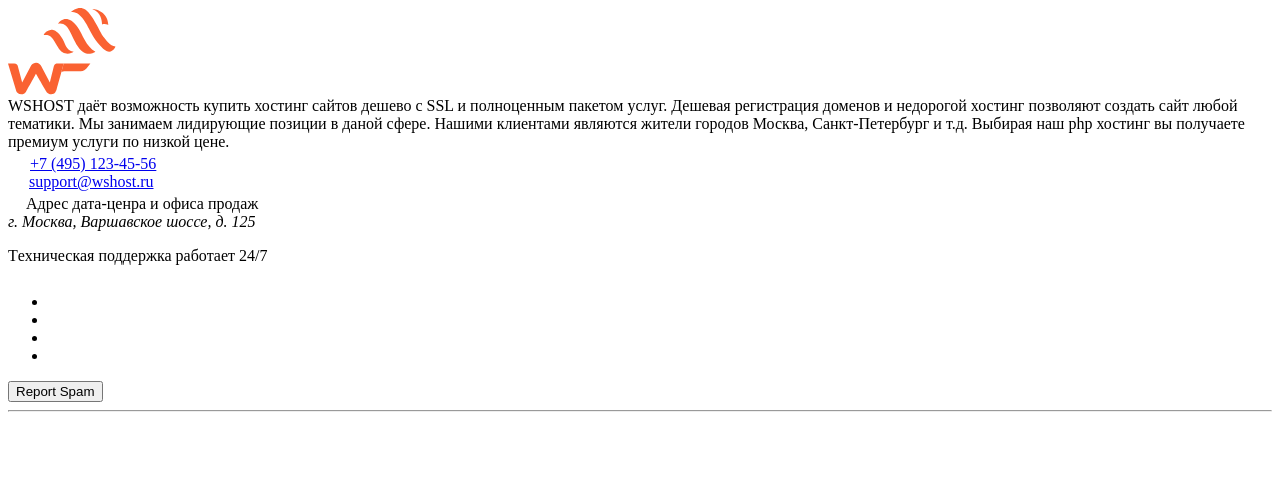
Repository: Inzhir2022/hosting
Page: src/_includes/_footer.html
The author's editor kept a copy of each file at every save. The page is drawn from the files as they stood at one save, then again after the next save.
The browser window is 1280 px wide. The pictures show the whole page.

Above is the page before, as saved 2022-07-18 07:34:51.

After the next save:
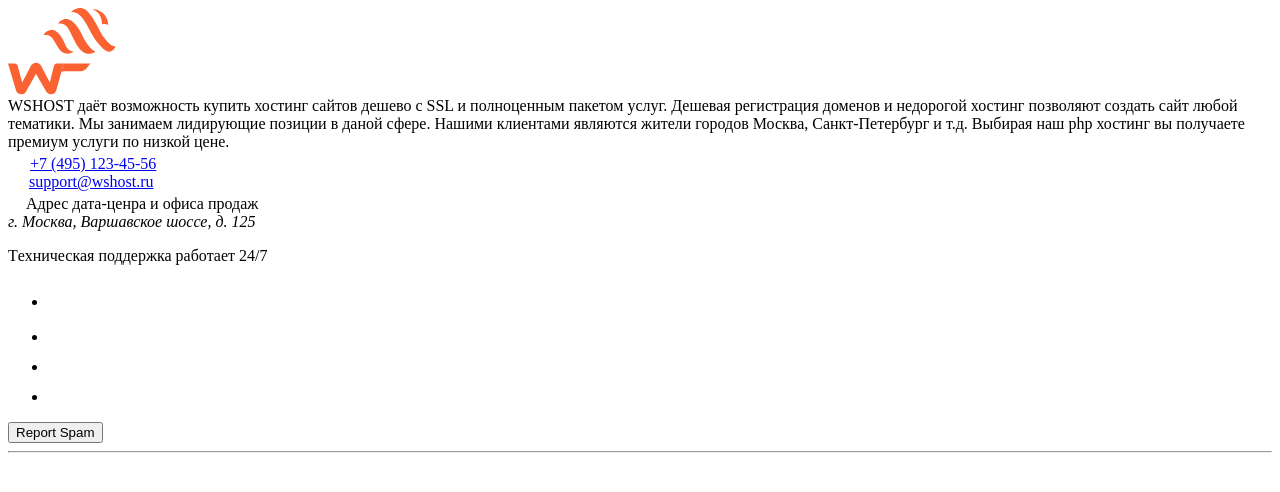
Saved 46 s later.
--- a/src/_includes/_footer.html
+++ b/src/_includes/_footer.html
@@ -28,9 +28,9 @@
     <div class="footer__social">
       <ul class="footer__social-list">
         <li class="footer__social-item"><a href="#"><img src="../img/twitter.svg" alt="twitter"></a></li>
-        <li class="footer__social-item"></li>
-        <li class="footer__social-item"></li>
-        <li class="footer__social-item"></li>
+        <li class="footer__social-item"><a href="#"><img src="../img/instagram.svg" alt="instagram"></a></li>
+        <li class="footer__social-item"><a href="#"><img src="../img/twitter.svg" alt="twitter"></a></li>
+        <li class="footer__social-item"><a href="#"><img src="../img/twitter.svg" alt="twitter"></a></li>
       </ul>
     </div>
     <button class="btn btn_small footer__btn">Report Spam</button>
